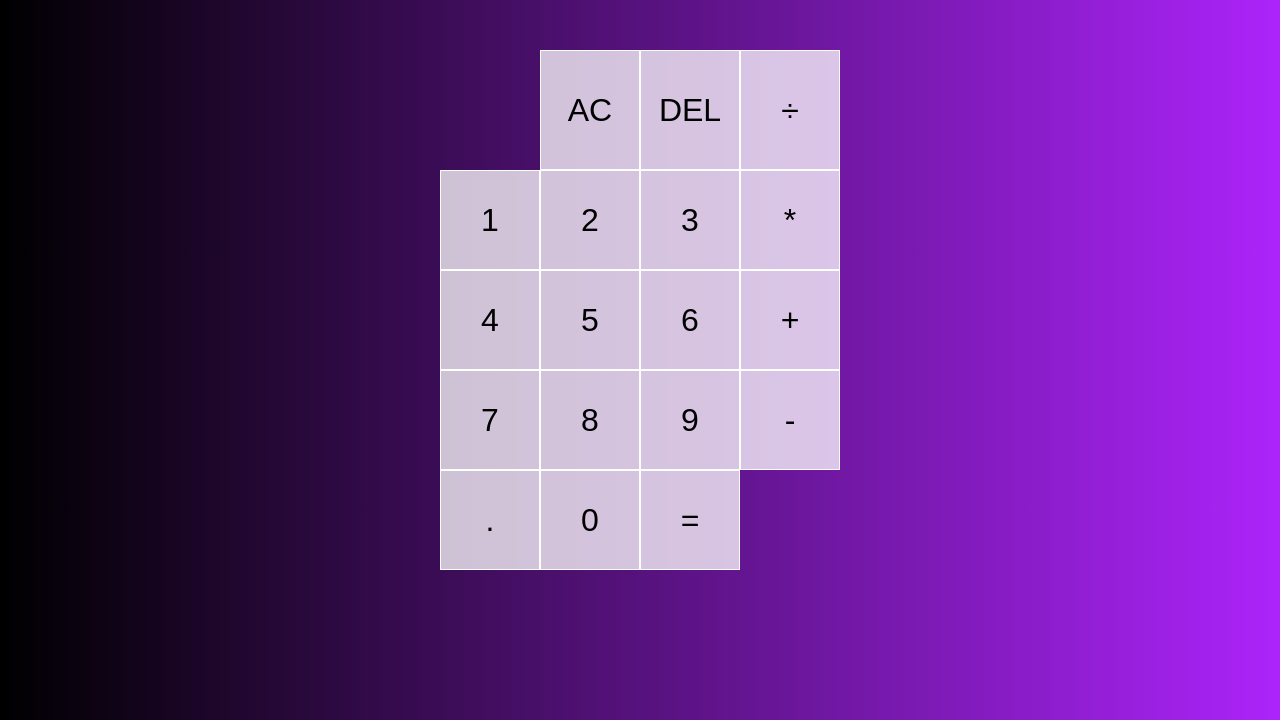
Repository: burntaftermint/calculator
Page: index.html
The author's editor kept a copy of each file at every save. The page is drawn from the files as they stood at one save, then again after the next save.
The browser window is 1280 px wide. The pictures show the whole page.

Above is the page before, as saved 2023-11-01 02:37:52.

After the next save:
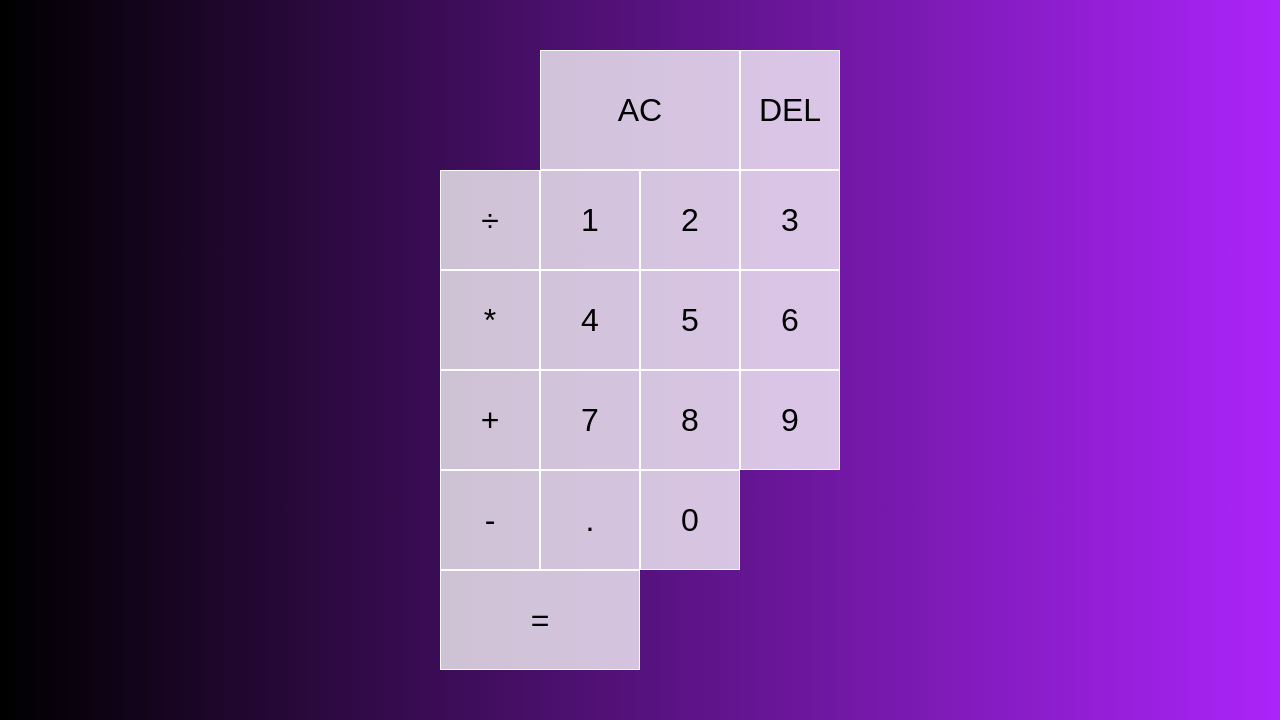
Saved 26 s later.
--- a/styles.css
+++ b/styles.css
@@ -30,3 +30,7 @@ body {
 .calculator-grid > button:hover {
     background-color: rgba(255, 255, 255, 0.9);
 }
+
+.span-two {
+    grid-column: span 2;
+}
